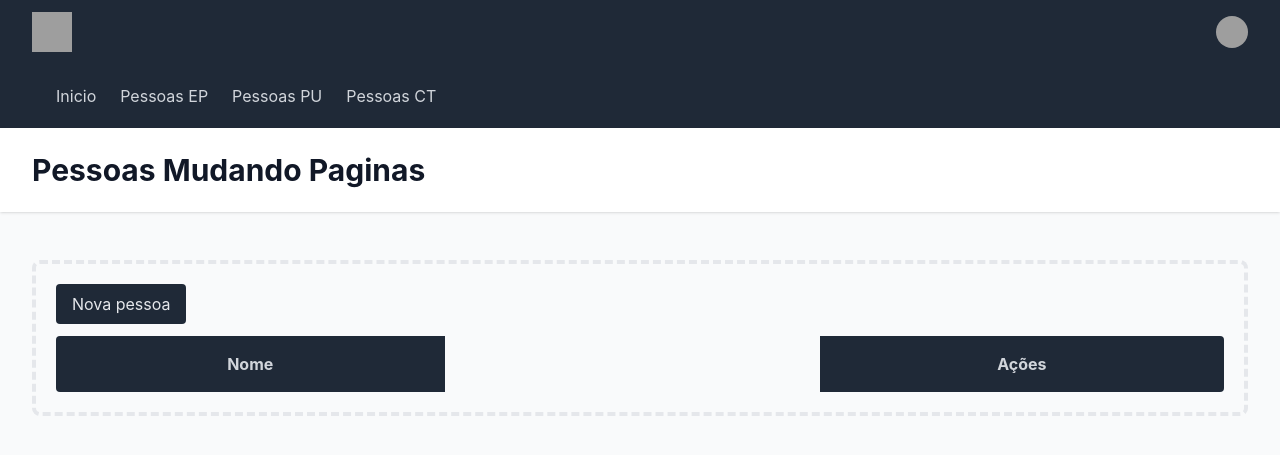
Repository: NunesXdecK/portfolio-jn-old
Page: /pessoa
These files come from the project's save history. The page is drawn as it stood at one moment and after the next save; the edit follows.
The browser window is 1280 px wide. The pictures show the whole page.
Pictures or frames that could not be fetched are drawn as grey boxes. The page's requests for data from a server got no answer. The project was rebuilt for these pictures with package versions that can differ from the ones it lists, and the page was loaded fresh each time. The framework's server and built-in components were replaced by stand-ins that run in the browser. No one was signed in, and anything a server would have sent is missing. Also part of the build but not shown: next.config.js.

Above is the page before, as saved 2022-01-08 13:18:19.

### src/pages/pessoa.tsx
import Botao from "../components/Botao";
import Layout from "../components/Layout";
import Tabela from "../components/Tabela";
import usePessoas from "../hooks/usePessoas";

export default function Home() {

  const {
    pessoas,
    selecionarPessoa,
    exlcuirPessoa
  } = usePessoas()

  return (
    <Layout titulo="Pessoas Mudando Paginas">
      <Botao link={true} destino="/pessoacadastro" cor="cinza">Nova pessoa</Botao>

      <Tabela
        pessoas={pessoas}
        selecionarPessoa={selecionarPessoa}
        excluirPessoa={exlcuirPessoa} />
    </Layout>
  )
}

### src/styles/globals.css
@tailwind base;
@tailwind components;
@tailwind utilities;

html, body {
  padding: 0;
  margin: 0;
  background-color: rgb(249 250 251);
  font-family: -apple-system, BlinkMacSystemFont, Segoe UI, Roboto, Oxygen,
    Ubuntu, Cantarell, Fira Sans, Droid Sans, Helvetica Neue, sans-serif;
}

a {
  color: inherit;
  text-decoration: none;
}

* {
  box-sizing: border-box;
}

### src/components/Botao.tsx
import Link from "next/link"

interface BotaoProps {
    cor?: 'verde' | 'azul' | 'cinza' | 'vermelho'
    children: any,
    onClick?: () => void,
    link?: boolean,
    destino?: string
}

export default function Botao(props: BotaoProps) {
    const cinza = "bg-gray-800 hover:bg-gray-600"
    const vermelho = "bg-red-800 hover:bg-red-600"
    const azul = "bg-blue-800 hover:bg-blue-600"
    const verde = "bg-green-800 hover:bg-green-600"
    let cor = cinza

    switch (props.cor) {
        case 'vermelho':
            cor = vermelho
            break
        case 'azul':
            cor = azul
            break
        case 'verde':
            cor = verde
            break
    }

    const styleFinal = "px-4 py-2 mb-3 mr-3 rounded text-gray-200 " + cor + " transition"

    return (
        props.link ?
            (<Link href={props.destino}>
                <button className={styleFinal}>
                    {props.children}
                </button>
            </Link>)
            : (
                <button onClick={props.onClick} className={styleFinal}>
                    {props.children}
                </button>
            )
    )
}

### src/components/Layout.tsx
import Menu from "./Menu"
import Titulo from "./Titulo"

interface LayoutProps {
    titulo?: string
    children?: any
}

export default function Layout(props: LayoutProps) {
    return (
        <div className="h-full">
            <header>
                <Menu/>
                <div className="bg-white shadow">
                    <Titulo>{props.titulo}</Titulo>
                </div>
            </header>

            <main>
                <div className="max-w-7xl mx-auto py-6 sm:px-6 lg:px-8">
                    <div className="px-4 py-6 sm:px-0">
                        <div className="p-5 border-4 border-dashed border-gray-200 rounded-lg">
                            {props.children ?? "Sem Conteúdo"}
                        </div>
                    </div>
                </div>
            </main>
        </div>
    )
}

### src/components/Tabela.tsx
import Link from "next/link";
import Pessoa from "../core/Pessoa";
import { IconeEdicao, IconeLixeira, IconeTabelaButtonEdicaoStyles, IconeTabelaButtonLixeiraStyles } from "./Icones";

interface TabelaProps {
    pessoas: Pessoa[],
    verId?: boolean,
    paginaUnica?: boolean,
    selecionarPessoa?: (pessoa: Pessoa) => void,
    excluirPessoa?: (pessoa: Pessoa) => void
}

export default function Tabela(props: TabelaProps) {

    let tdStyles = "text-center p-4"
    let tdStylesSm = tdStyles + " sm:invisible"

    function renderizarCabecalho() {
        return (
            <tr>
                {props.verId ? <th className={tdStylesSm}>Código</th> : false}
                <th className={tdStyles}>Nome</th>
                <th className={tdStylesSm}>Idade</th>
                {props.selecionarPessoa || props.excluirPessoa ? (
                    <th className={tdStyles}>Ações</th>
                ) : false}
            </tr>
        )
    }

    function renderizarDados() {
        return props.pessoas?.map((pessoa, i) => {
            return (
                <tr key={pessoa.id}
                    className={`${i % 2 === 0 ? "bg-gray-100" : "bg-gray-200"}`}>
                    {props.verId ? <td className={tdStylesSm}>{pessoa.id}</td> : false}
                    <td className={tdStyles}>{pessoa.nome}</td>
                    <td className={tdStylesSm}>{pessoa.idade}</td>
                    {props.selecionarPessoa || props.excluirPessoa ? (
                        renderizarAcoes(pessoa)
                    ) : false}
                </tr>
            )
        })
    }

    function renderizaBotaoEdicao(pessoa: Pessoa) {
        let botao
        if (props.paginaUnica) {
            botao = (
                <button onClick={() => props.selecionarPessoa?.(pessoa)} className={IconeTabelaButtonEdicaoStyles}>
                    {IconeEdicao}
                </button>
            )
        } else {
            botao = (
                <Link href={{ pathname: "/pessoacadastro", query: { "id": pessoa.id, "nome": pessoa.nome, "idade": pessoa.idade } }}>
                    <button className={IconeTabelaButtonEdicaoStyles}>
                        {IconeEdicao}
                    </button>
                </Link>
            )
        }
        return botao
    }

    function renderizarAcoes(pessoa: Pessoa) {
        return (
            <td className="p-4 justify-center flex">
                {props.selecionarPessoa ? (
                    renderizaBotaoEdicao(pessoa)
                ) : false}

                {props.excluirPessoa ? (
                    <button onClick={() => props.excluirPessoa?.(pessoa)} className={IconeTabelaButtonLixeiraStyles}>{IconeLixeira}</button>
                ) : false}
            </td>
        )
    }

    return (
        <table className="w-full overflow-hidden rounded">
            <thead className="bg-gray-800 text-gray-300">
                {renderizarCabecalho()}
            </thead>
            <tbody>
                {renderizarDados()}
            </tbody>
        </table>
    )
}

### src/hooks/usePessoas.ts
import { useEffect, useState } from "react"
import Pessoa from "../core/Pessoa"
import PessoaColecao from "../db/PessoaColecao"
import useTabelaForm from "./useTabelaForm"

export default function usePessoas() {
    const repo = new PessoaColecao()

    const { tabelaVisivel, exibirTabela, exibirFormulario } = useTabelaForm()

    const [pessoa, setPessoa] = useState<Pessoa>(Pessoa.vazio())
    const [pessoas, setPessoas] = useState<Pessoa[]>([])

    useEffect(() => {
        obterPessoas()
    }, [])

    function obterPessoas() {
        repo.obterTodos().then(setPessoas)
        exibirTabela()
    }

    function obterPessoa(id: string) {
        return repo.obterPessoa(id)
    }

    function novaPessoa() {
        setPessoa(Pessoa.vazio())
        exibirFormulario()
    }

    function salvarPessoa(pessoa: Pessoa) {
        let r = repo.salvar(pessoa)
        if (r) {
            obterPessoas()
        }
    }

    function selecionarPessoa(pessoa: Pessoa) {
        setPessoa(pessoa)
        exibirFormulario()
    }

    function exlcuirPessoa(pessoa: Pessoa) {
        let r = repo.excluir(pessoa)
        if (r) {
            obterPessoas()
        }
    }

    return {
        tabelaVisivel,
        pessoa,
        pessoas,
        obterPessoas,
        obterPessoa,
        salvarPessoa,
        novaPessoa,
        selecionarPessoa,
        exlcuirPessoa
    }
}

### src/components/Menu.tsx
import Navegador from "./Navegador"

interface MenuProps {
    titulo?: any
}

export default function Menu(props: MenuProps) {
    return (
        <div className="min-h-full">
            <div className="bg-gray-800">
                <div className="max-w-7xl mx-auto px-4 sm:px-6 lg:px-8">
                    <div className="flex items-center justify-between h-16">
                        <div className="flex items-center">
                            <div className="flex-shrink-0">
                                <img
                                    className="h-10 w-10"
                                    src="https://tailwindui.com/img/logos/workflow-mark-indigo-500.svg"
                                    alt="Workflow"
                                />
                            </div>
                        </div>
                        <img
                            src="https://tailwindui.com/img/logos/workflow-mark-indigo-500.svg"
                            alt="Workflow"
                            className="h-8 w-8 rounded-full"
                        />
                    </div>

                    <div className="flex items-center justify-between">
                        <nav className="p-3 flex items-center">
                            <Navegador destino="/">Inicio</Navegador>
                            <Navegador destino="/pessoa">Pessoas EP</Navegador>
                            <Navegador destino="/pessoaPU">Pessoas PU</Navegador>
                            <Navegador destino="/pessoaCT">Pessoas CT</Navegador>
                        </nav>
                    </div>
                </div>
            </div>
        </div>
    )
}

### src/components/Titulo.tsx
interface TituloProps {
    children?: any
}

export default function Titulo(props: TituloProps) {
    return (
        <div className="max-w-7xl mx-auto py-6 px-4 sm:px-6 lg:px-8">
            <h1 className="text-3xl font-bold text-gray-900">{props.children ?? "Titulo Placeholder"}</h1>
        </div>
    )
}

### src/components/Icones.tsx
export const IconeEdicao = (
    <svg xmlns="http://www.w3.org/2000/svg" className="h-6 w-6" fill="none" viewBox="0 0 24 24" stroke="currentColor" >
        <path strokeLinecap="round" strokeLinejoin="round" strokeWidth={2} d="M11 5H6a2 2 0 00-2 2v11a2 2 0 002 2h11a2 2 0 002-2v-5m-1.414-9.414a2 2 0 112.828 2.828L11.828 15H9v-2.828l8.586-8.586z" />
    </svg>
)

export const IconeLixeira = (
    <svg xmlns="http://www.w3.org/2000/svg" className="h-6 w-6" fill="none" viewBox="0 0 24 24" stroke="currentColor">
        <path strokeLinecap="round" strokeLinejoin="round" strokeWidth={2} d="M19 7l-.867 12.142A2 2 0 0116.138 21H7.862a2 2 0 01-1.995-1.858L5 7m5 4v6m4-6v6m1-10V4a1 1 0 00-1-1h-4a1 1 0 00-1 1v3M4 7h16" />
    </svg>
)

export const IconeTabelaButtonEdicaoStyles = "flex justify-center items-center p-2 m-1 rounded-full hover:text-green-600 transition"
export const IconeTabelaButtonLixeiraStyles = "flex justify-center items-center p-2 m-1 rounded-full hover:text-red-500 transition"

### src/core/Pessoa.ts
export default class Pessoa {
    #id: string
    #nome: string
    #idade: number

    static vazio() {
        return new Pessoa("", 0)
    }

    static pessoas() {
        const pessoas = [
            new Pessoa("Natasha", 30, "1"),
            new Pessoa("Melissa", 4, "12"),
            new Pessoa("Auxiliadora", 58, "44"),
            new Pessoa("Júnior", 34, "433")
        ]
        return pessoas
    }

    constructor(nome: string, idade: number, id: string = null) {
        this.#nome = nome
        this.#idade = idade
        this.#id = id
    }

    get id() {
        return this.#id
    }

    get nome() {
        return this.#nome
    }

    get idade() {
        return this.#idade
    }
}

### src/db/PessoaColecao.ts
import Pessoa from "../core/Pessoa";
import { collection, deleteDoc, doc, getDoc, getDocs, orderBy, query, setDoc, updateDoc } from "firebase/firestore";
import { db } from "./firebaseDB";

export default class PessoaColecao {

    #conversor = {
        toFirestore(pessoa: Pessoa) {
            return {
                nome: pessoa.nome,
                idade: pessoa.idade
            }
        },
        fromFirestore(snapshot, options): Pessoa {
            const dados = snapshot?.data(options)
            return new Pessoa(dados.nome, dados.idade, snapshot?.id)
        }
    }

    async obterTodos() {
        const q = query(this.colecao(), orderBy("nome", "asc"))
        const promise = await getDocs(q)
        let pessoas = []
        promise.docs.map(doc => {
            pessoas.push(doc.data())
        })
        return pessoas
    }

    async obterPessoa(id: string) {
        let pessoa = Pessoa.vazio()
        try {
            const docRef = await doc(this.colecao(), id)
            const pesRef = getDoc(docRef)
            const data = (await pesRef).data()
            pessoa = new Pessoa(data.nome, data.idade, data.id)
            return pessoa
        } catch (e) {
            console.log(e)
            return pessoa
        }
    }

    async salvar(pessoa: Pessoa) {
        try {
            if (pessoa?.id) {
                const docRef = await doc(this.colecao(), pessoa.id)
                await updateDoc(docRef, this.#conversor.toFirestore(pessoa))
                return true
            } else {
                const docRef = await doc(this.colecao())
                await setDoc(docRef, this.#conversor.toFirestore(pessoa))
                return true
            }
        } catch (e) {
            console.log(e)
        }
        return false
    }

    async excluir(pessoa: Pessoa) {
        try {
            const docRef = await doc(this.colecao(), pessoa.id)
            await deleteDoc(docRef)
            return true
        } catch (e) {
            console.log(e)
        }
        return false
    }

    private colecao() {
        const collectionRef = collection(db, "pessoa").withConverter(this.#conversor);
        return collectionRef
    }
}

### src/hooks/useTabelaForm.ts
import { useState } from "react";

export default function useTabelaForm() {
    const t = "tabela"
    const f = "formulario"

    const [visivel, setVisivel] = useState<"tabela" | "formulario">(t)

    const exibirTabela = () => setVisivel(t)
    const exibirFormulario = () => setVisivel(f)

    return {
        tabelaVisivel: visivel === t,
        formularioVisivel: visivel === f,
        exibirTabela,
        exibirFormulario
    }
}

### src/components/Navegador.tsx
import Link from 'next/link'

interface NavegadorProps {
    children?: any
    destino: any
}

export default function Navegador(props: NavegadorProps) {
    return (
        <Link href={props.destino} passHref>
            <div className="h-10 p-3 flex rounded-md items-center cursor-pointer text text-gray-300 hover:bg-gray-700 hover:text-white ">
                {props.children ?? 'Titulo placeholder'}
            </div>
        </Link>
    )
}

### src/db/firebaseDB.ts
import { initializeApp } from "firebase/app"

import { getFirestore } from "firebase/firestore"

const firebaseConfig = {
    apiKey: process.env.NEXT_PUBLIC_FIREBASE_API_KEY,
    authDomain: process.env.NEXT_PUBLIC_FIREBASE_AUTH_DOMAIN,
    projectId: process.env.NEXT_PUBLIC_FIREBASE_PROJECT_ID
}

const app = initializeApp(firebaseConfig)
const db = getFirestore()

export { db }

Loaded but not shown: src/pages/_app.js (common file); tailwind.config.js (common file)

After the next save:
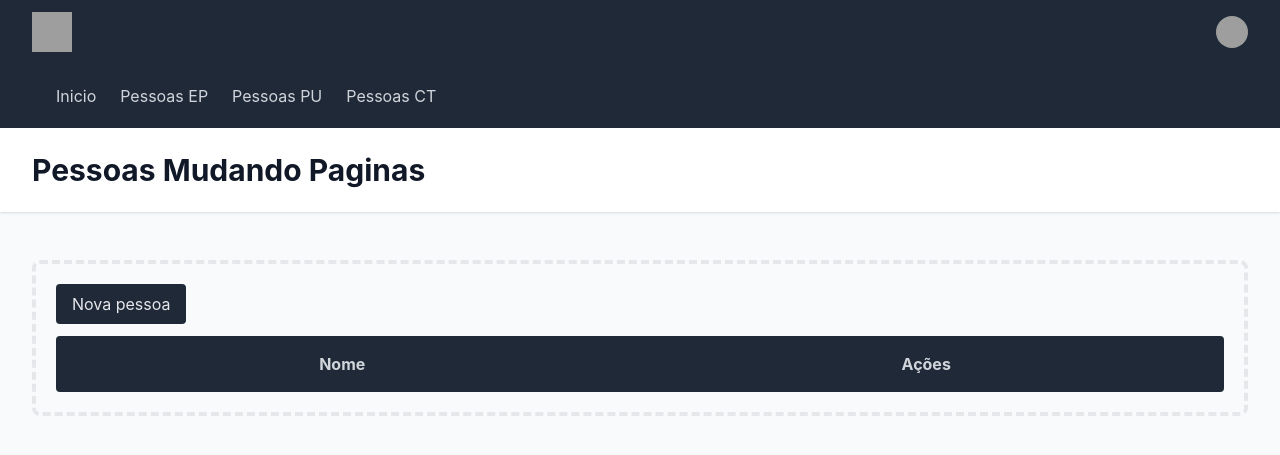
Saved 26 s later.
--- a/src/components/Tabela.tsx
+++ b/src/components/Tabela.tsx
@@ -13,7 +13,7 @@ interface TabelaProps {
 export default function Tabela(props: TabelaProps) {
 
     let tdStyles = "text-center p-4"
-    let tdStylesSm = tdStyles + " sm:invisible"
+    let tdStylesSm = tdStyles + " sm:hidden"
 
     function renderizarCabecalho() {
         return (
